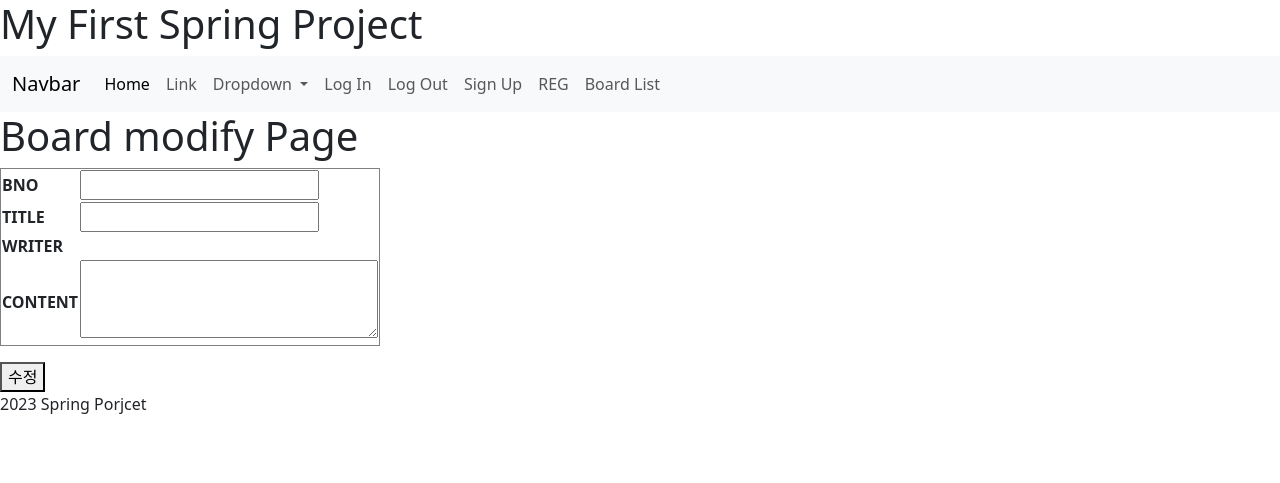
Repository: Leesunghoon1/ezenSpring
Page: http://localhost/spring-Test/WEB-INF/views/board/modify.jsp
The author's editor kept a copy of each file at every save. The page is drawn from the files as they stood at one save, then again after the next save.
The browser window is 1280 px wide. The pictures show the whole page.
The page is served by Tomcat 9. Nobody is signed in. Other server files are loaded and not shown. The template is opened directly, without the code that normally fills it, so the values that code supplies are empty.

Above is the page before, as saved 2023-10-16 08:56:15.

### spring-Test/src/main/webapp/WEB-INF/views/board/modify.jsp
<%@ page language="java" contentType="text/html; charset=UTF-8"
    pageEncoding="UTF-8"%>
       <%@ taglib prefix="c" uri="http://java.sun.com/jsp/jstl/core" %>
       <%@ taglib uri="http://java.sun.com/jsp/jstl/functions" prefix="fn" %>
<!DOCTYPE html>
<html>
<head>
<meta charset="UTF-8">
<title>Insert title here</title>
</head>
<jsp:include page="../layout/header.jsp"></jsp:include>
<c:set value="${boardDTO.bvo }" var="bvo"></c:set>
<body>
<h1>Board modify Page</h1>
<form action="/board/modify" method="post">

<table border="1">
	<tr>
		<th>BNO</th>
		<td><input type="text" name="bno" value="${bvo.bno}"readonly="readonly"></td>
	</tr>
	<tr>
		<th>TITLE</th>
		<td><input type="text" name="title" value="${bvo.title}"></td>
	</tr>
	<tr>
		<th>WRITER</th>
		<td>${bvo.writer }</td>
	</tr>
	<tr>
		<th>CONTENT</th>
		<td><textarea rows="3" cols="30" name="content">${bvo.content }</textarea></td>
	</tr>
</table>
	<!-- 파일표시라인 -->
	<c:set value="${boardDTO.flist }" var="flist"></c:set>
<div>
	<ul>
		<!-- 파일 개수만큼 li를 추가하여 파일을 표시 타입이 1일경우만 표시 -->
		<!-- li
		     div => img 그림표시
		     div => div 파일이름, 작성일자 span 크기 설정
		-->
		<!-- 하나의 파일로 생성 -->
		<c:forEach items="${flist }" var="fvo">
		<li>
			<c:choose>
				<c:when test="${fvo.file_type > 0 }">
					<div>
					<!-- /upload/year/month/dat/uuid_th_filename -->
						<img alt="그림없음" src="/upload/${fn: replace(fvo.save_dir, '\\', '/')}/${fvo.uuid}_th_${fvo.file_name}">
					</div>
				</c:when>
				<c:otherwise>

				</c:otherwise>
			</c:choose>
				<!-- 파일모양 아이콘 같은걸 넣을수있음-->
				<div>${fvo.file_name }</div>
				<button type="button" class="file-x" data-uuit="${fvo.uuid }">삭제(X)</button>
		</li>

		</c:forEach>
	</ul>
</div>

<button type="submit">수정</button>
</form>

<script type="text/javascript" src="/resources/js/boardModify.js"></script>

<jsp:include page="../layout/footer.jsp"></jsp:include>
</body>
</html>

### spring-Test/src/main/webapp/WEB-INF/views/layout/header.jsp
<%@ page language="java" contentType="text/html; charset=UTF-8"
    pageEncoding="UTF-8"%>
    <%@ taglib uri="http://java.sun.com/jsp/jstl/core" prefix="c" %>
<!DOCTYPE html>
<html>
<head>
<meta charset="UTF-8">
<title>Insert title here</title>
<link href="https://cdn.jsdelivr.net/npm/bootstrap@5.3.1/dist/css/bootstrap.min.css" rel="stylesheet" integrity="sha384-4bw+/aepP/YC94hEpVNVgiZdgIC5+VKNBQNGCHeKRQN+PtmoHDEXuppvnDJzQIu9" crossorigin="anonymous">
<script src="https://cdn.jsdelivr.net/npm/bootstrap@5.3.1/dist/js/bootstrap.bundle.min.js" integrity="sha384-HwwvtgBNo3bZJJLYd8oVXjrBZt8cqVSpeBNS5n7C8IVInixGAoxmnlMuBnhbgrkm" crossorigin="anonymous"></script>
</head>
<body>
<h1> My First Spring Project </h1>

<nav class="navbar navbar-expand-lg bg-body-tertiary">
  <div class="container-fluid">
    <a class="navbar-brand" href="#">Navbar</a>
    <button class="navbar-toggler" type="button" data-bs-toggle="collapse" data-bs-target="#navbarSupportedContent" aria-controls="navbarSupportedContent" aria-expanded="false" aria-label="Toggle navigation">
      <span class="navbar-toggler-icon"></span>
    </button>
    <div class="collapse navbar-collapse" id="navbarSupportedContent">
      <ul class="navbar-nav me-auto mb-2 mb-lg-0">
        <li class="nav-item">
          <a class="nav-link active" aria-current="page" href="#">Home</a>
        </li>
        <li class="nav-item">
          <a class="nav-link" href="#">Link</a>
        </li>
        <li class="nav-item dropdown">
          <a class="nav-link dropdown-toggle" href="#" role="button" data-bs-toggle="dropdown" aria-expanded="false">
            Dropdown
          </a>
          <ul class="dropdown-menu">
            <li><a class="dropdown-item" href="#">Action</a></li>
            <li><a class="dropdown-item" href="#">Another action</a></li>
            <li><hr class="dropdown-divider"></li>
            <li><a class="dropdown-item" href="#">Something else here</a></li>
          </ul>
        </li>

        <c:if test="${ses eq null }">
        <li class="nav-item">
          <a class="nav-link" href="/member/login">Log In</a>
        </li>
        </c:if>
                <li class="nav-item">
          <a class="nav-link" href="/member/logout">Log Out</a>
        </li>
                <li class="nav-item">
          <a class="nav-link" href="/member/signup">Sign Up</a>
        </li>
                <li class="nav-item">
          <a class="nav-link" href="/board/register">REG</a>
        </li>
                <li class="nav-item">
          <a class="nav-link" href="/board/list">Board List</a>
        </li>

         <c:if test="${ses ne null }">
			<li>
			 <a class="nav-link" href="/member/modify">
			ID : ${ses.id }님 로그인이 되었습니다.
			Email : ${ses.email }
			</a>
		</li>
		</c:if>
      </ul>


<!--       <form class="d-flex" role="search">
        <input class="form-control me-2" type="search" placeholder="Search" aria-label="Search">
        <button class="btn btn-outline-success" type="submit">Search</button>
      </form> -->
    </div>
  </div>
</nav>

### spring-Test/src/main/webapp/WEB-INF/views/layout/footer.jsp
<%@ page language="java" contentType="text/html; charset=UTF-8"
    pageEncoding="UTF-8"%>

<div>
2023 Spring Porjcet
</div>
</body>
</html>

### spring-Test/src/main/webapp/resources/js/boardModify.js
/**
 *
 */

async function removeFileFromServer(fx) {
    try{
        const url='/board/file/' + fx;
        const config = {
            method : 'delete'
        };
        const resp = await fetch(url, config);
        const result = await resp.text();
        return result;
    }catch(err) {
        console.log(err);
    }
}


document.addEventListener('click',(e)=>{
    console.log(e.target);
    if(e.target.classList.contains('file-x')) {
        //삭제작업
        let fx = e.target.dataset.uuit;
        console.log(fx);

        //삭제구현
        let div = e.target.closest('div');
        removeFileFromServer(fx).then(result=>{
            if(result == 1){
               alert('댓글 삭제 성공~!!');
               e.target.closest('li').remove(); // li 삭제
               location.reload();
            }else{
               alert('댓글 삭제 실패~!!');
            }
         });
    }
})

After the next save:
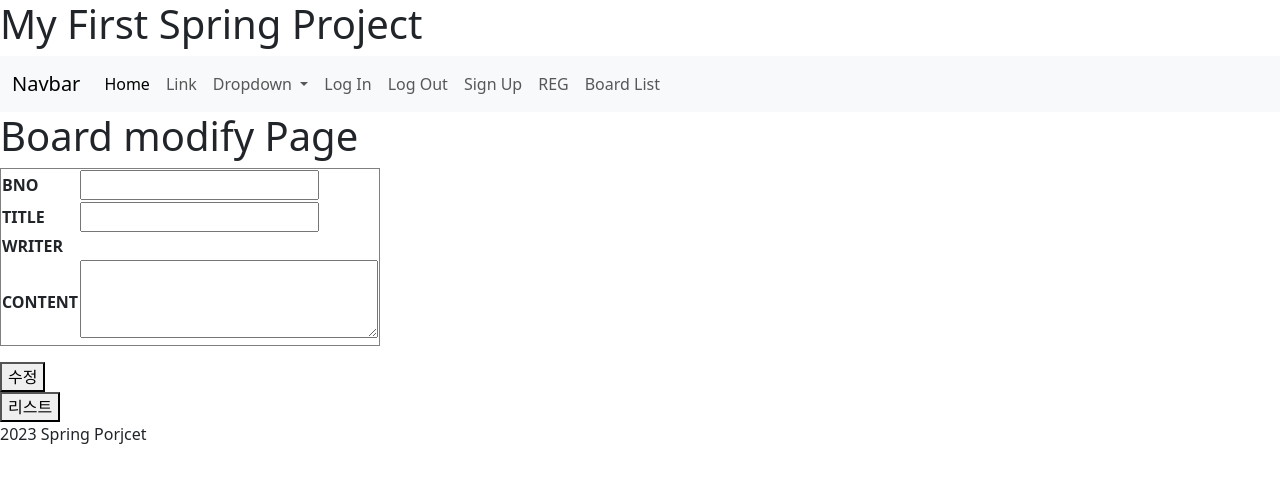
Saved 7 min 46 s later.
--- a/spring-Test/src/main/webapp/WEB-INF/views/board/modify.jsp
+++ b/spring-Test/src/main/webapp/WEB-INF/views/board/modify.jsp
@@ -66,6 +66,9 @@
 
 <button type="submit">수정</button>
 </form>
+<a >
+<button type="submit">리스트</button>
+</a>
 
 <script type="text/javascript" src="/resources/js/boardModify.js"></script>
 
